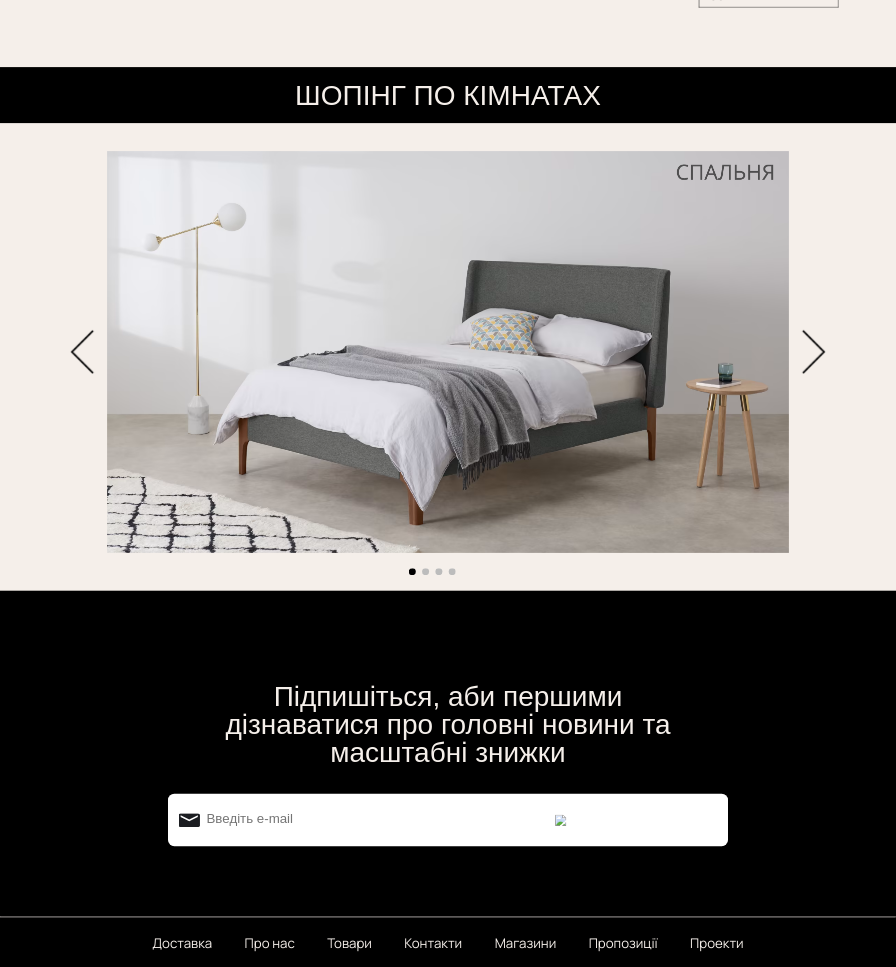
Repository: malykhinaIra/laravel
Page: http://localhost/Lend
The author's editor kept a copy of each file at every save. The page is drawn from the files as they stood at one save, then again after the next save.
The browser window is 1280 px wide. The pictures show the part of the page from y = 2727 to 4647 px (the page is 4109 px tall before and 4647 px after), at 70% of full size.
Some web fonts or font styles are not loaded; a fallback is used. The page is served by the project's Laravel application, run on PHP 8.4 with Laravel 9.

Above is the page before, as saved 2022-05-09 17:07:26.

After the next save:
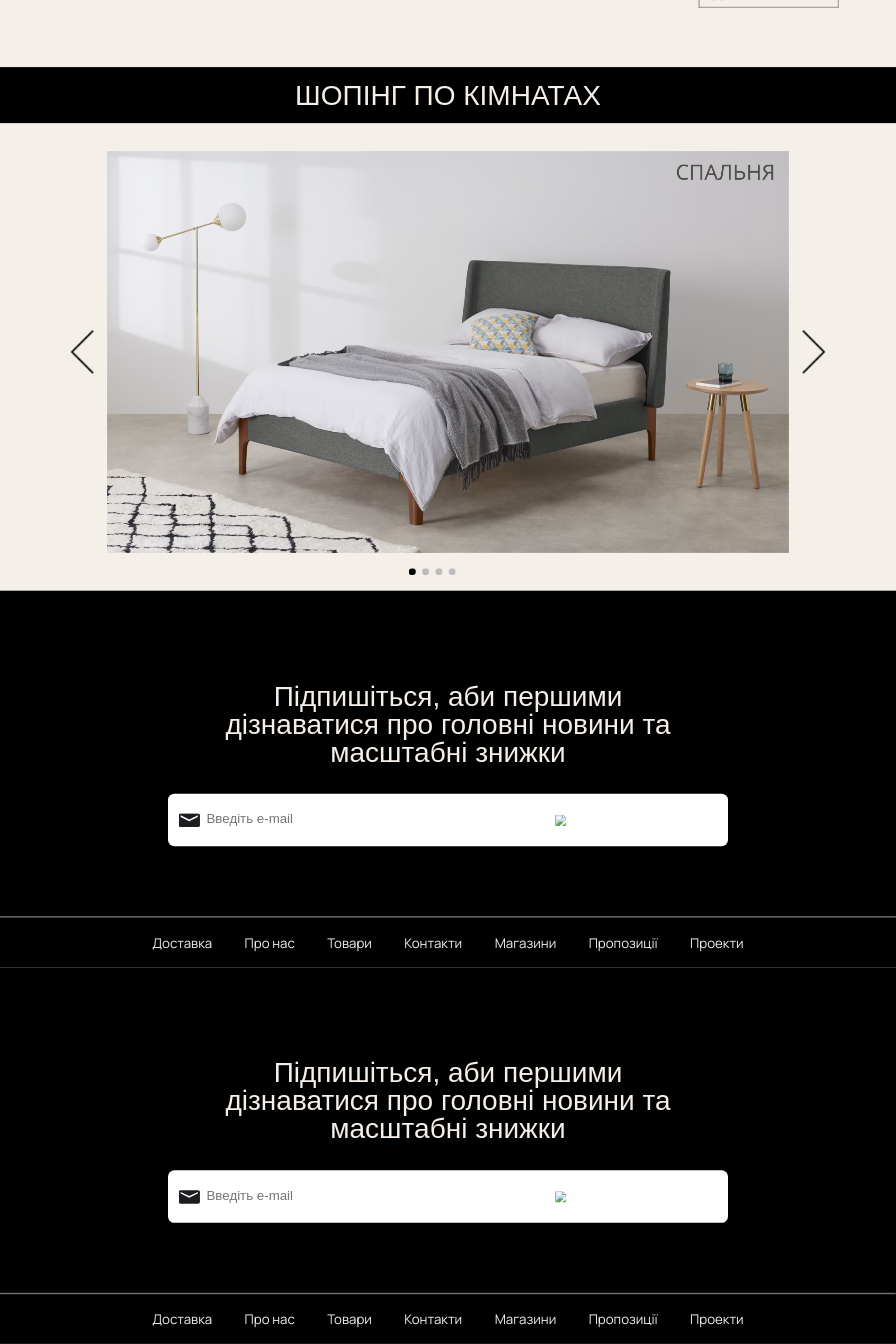
Saved 78 s later.
--- a/blog/resources/views/layouts/header.blade.php
+++ b/blog/resources/views/layouts/header.blade.php
@@ -50,3 +50,43 @@
     <div class="forYield">
         @yield('content')
     </div>
+
+    <footer id="bottom">
+        <section class="form">
+            <?php if (!isset($_POST["mail"])) { ?>
+                <p>Підпишіться, аби першими дізнаватися про головні новини та масштабні знижки</p>
+                <div class="subscribe">
+                    <form method="POST" action="/yourReview" style="width:800px; margin: 0; display: flex; align-items: center;">
+                        <div style="display: flex; align-items: center;">
+                            <img src="img/Shape.svg" class="message">
+                            <input style="width:500px; outline: none; border: none; font-size: 25px;" type="text" name="mail" placeholder="Введіть e-mail">
+                        </div>
+                        <button type="submit" style="background: none; border: 0; padding:0;"><img src="img//Group 61.svg" class="sub-btn"></button>
+                    </form>
+                </div>
+            <?php } else { ?>
+                <p style="padding-top: 130px; color: #F5EFEA">Дякуємо за підписку! Перевірте свою поштову скриньку
+                    <?php
+                    echo htmlspecialchars($_POST["mail"]);
+                    ?>
+                    <a style="color: #F5EFEA; border: 0; padding:0;">
+                        <p style="font-style: italic; padding: 0px; font-size:25px;">Назад
+                    </a>
+                <?php } ?>
+
+        </section>
+        <hr>
+        <section class="footer-1">
+            <a href="#">Доставка</a>
+            <a href="/Info">Про нас</a>
+            <a href="/Catalog">Товари</a>
+            <a href="#">Контакти</a>
+            <a href="#">Магазини</a>
+            <a href="#">Пропозиції</a>
+            <a href="#">Проекти</a>
+        </section>
+        <br>
+    </footer>
+</body>
+
+</html>

After the save that followed:
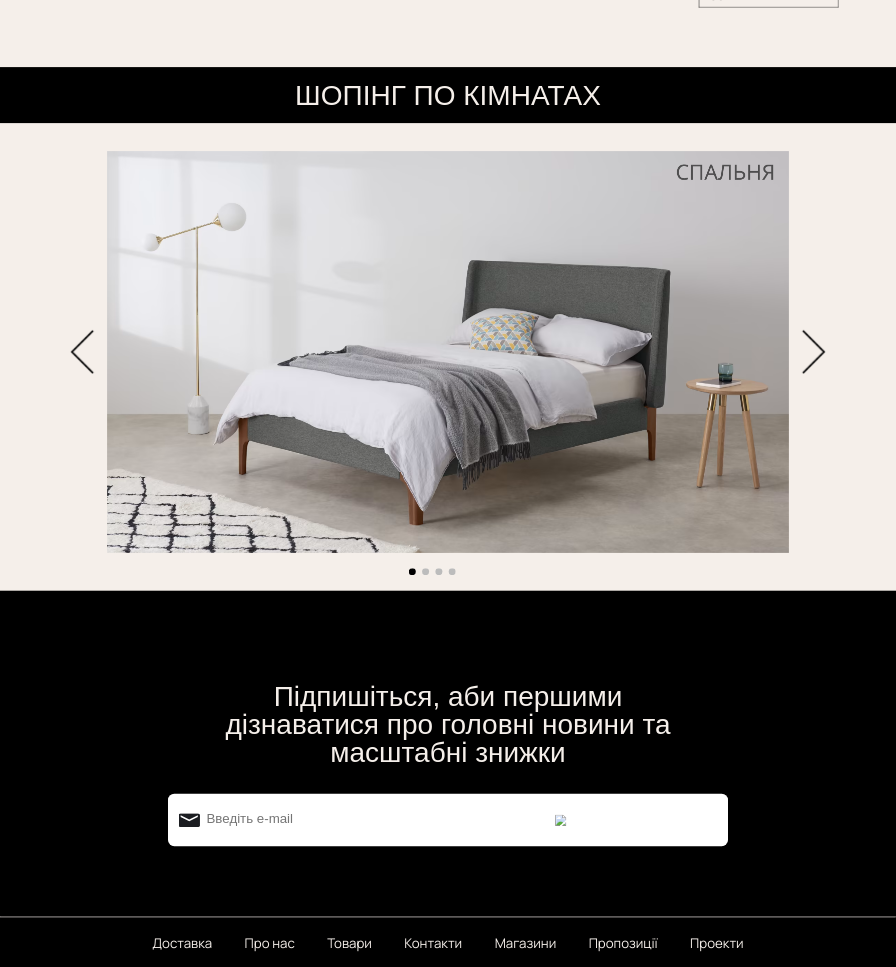
Saved 2 s later.
--- a/blog/resources/views/lend.blade.php
+++ b/blog/resources/views/lend.blade.php
@@ -198,43 +198,5 @@
         </section>
     </main>
     <br>
-    <footer id="bottom">
-        <section class="form">
-            <?php if (!isset($_POST["mail"])) { ?>
-                <p>Підпишіться, аби першими дізнаватися про головні новини та масштабні знижки</p>
-                <div class="subscribe">
-                    <form method="POST" action="/yourReview" style="width:800px; margin: 0; display: flex; align-items: center;">
-                        <div style="display: flex; align-items: center;">
-                            <img src="img/Shape.svg" class="message">
-                            <input style="width:500px; outline: none; border: none; font-size: 25px;" type="text" name="mail" placeholder="Введіть e-mail">
-                        </div>
-                        <button type="submit" style="background: none; border: 0; padding:0;"><img src="img//Group 61.svg" class="sub-btn"></button>
-                    </form>
-                </div>
-            <?php } else { ?>
-                <p style="padding-top: 130px; color: #F5EFEA">Дякуємо за підписку! Перевірте свою поштову скриньку
-                    <?php
-                    echo htmlspecialchars($_POST["mail"]);
-                    ?>
-                    <a style="color: #F5EFEA; border: 0; padding:0;">
-                        <p style="font-style: italic; padding: 0px; font-size:25px;">Назад
-                    </a>
-                <?php } ?>
-
-        </section>
-        <hr>
-        <section class="footer-1">
-            <a href="#">Доставка</a>
-            <a href="/Info">Про нас</a>
-            <a href="/Catalog">Товари</a>
-            <a href="#">Контакти</a>
-            <a href="#">Магазини</a>
-            <a href="#">Пропозиції</a>
-            <a href="#">Проекти</a>
-        </section>
-        <br>
-    </footer>
-</body>
-
-</html>
+
 @endsection
